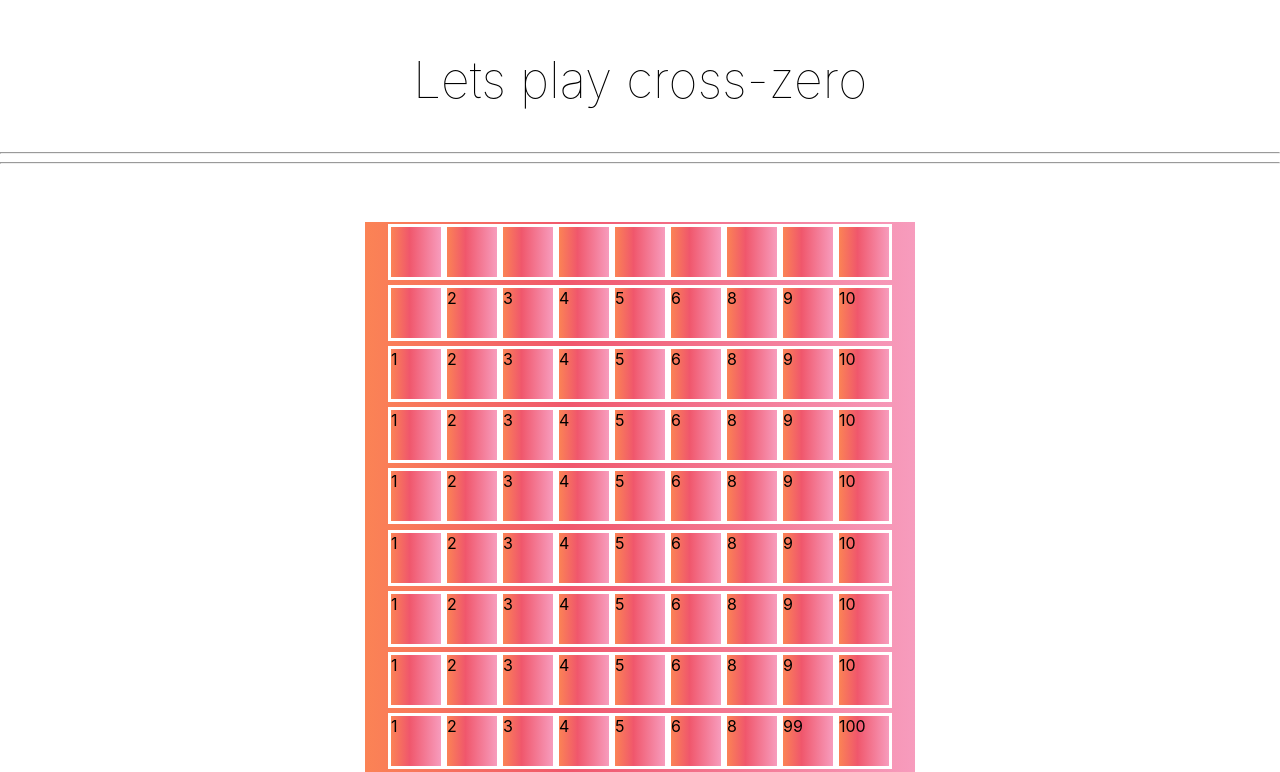
Repository: PGVlasov/cross-zero-game
Page: /
The author's editor kept a copy of each file at every save. The page is drawn from the files as they stood at one save, then again after the next save.
The browser window is 1280 px wide. The pictures show the whole page.
The project was rebuilt for these pictures with package versions that can differ from the ones it lists, and the page was loaded fresh each time. Also part of the build but not shown: webpack.config.js, src/Containers/Field/Field.module.css, src/Containers/Field/Field.js.

Above is the page before, as saved 2020-11-29 19:17:32.

### src/App.js
import Field from "./Containers/Field/Field";
import Field1 from "./Containers/Field/Field1";
import { Header } from "./Containers/Header/Header";

function App() {
  return (
    <div>
      <Header />
      <hr />
      <hr />
      <Field1 />
    </div>
  );
}

export default App;

### src/Containers/Field/Field1.js
import React from "react";
import classes from "./Field1.module.css";

class Field1 extends React.Component {
  constructor(props) {
    super(props);
    this.myRef = React.createRef();
    this.state = { state: { text: "" } };

    this.onSetValue = this.onSetValue.bind(this);
  }

  onSetValue(event) {
    this.setState((state) => ({
      state: { text: "X" },
    }));

    event.target.innerHTML = "X";

    console.log(event);
    console.log(event.target);
  }

  //   onSetZero() {}

  render() {
    return (
      <div className={classes.conteiner}>
        <div
          className={classes.area}
          ref={this.myRef}
          onClick={this.onSetValue}
        >
          <div className={classes.table}></div>
          <div className={classes.table}></div>
          <div className={classes.table}></div>
          <div className={classes.table}></div>
          <div className={classes.table}></div>
          <div className={classes.table}></div>
          <div className={classes.table}></div>
          <div className={classes.table}></div>
          <div className={classes.table}></div>
          <div className={classes.table}></div>
          <div className={classes.table}>2</div>
          <div className={classes.table}>3</div>
          <div className={classes.table}>4</div>
          <div className={classes.table}>5</div>
          <div className={classes.table}>6</div>
          <div className={classes.table}>8</div>
          <div className={classes.table}>9</div>
          <div className={classes.table}>10</div>
          <div className={classes.table}>1</div>
          <div className={classes.table}>2</div>
          <div className={classes.table}>3</div>
          <div className={classes.table}>4</div>
          <div className={classes.table}>5</div>
          <div className={classes.table}>6</div>
          <div className={classes.table}>8</div>
          <div className={classes.table}>9</div>
          <div className={classes.table}>10</div>
          <div className={classes.table}>1</div>
          <div className={classes.table}>2</div>
          <div className={classes.table}>3</div>
          <div className={classes.table}>4</div>
          <div className={classes.table}>5</div>
          <div className={classes.table}>6</div>
          <div className={classes.table}>8</div>
          <div className={classes.table}>9</div>
          <div className={classes.table}>10</div>
          <div className={classes.table}>1</div>
          <div className={classes.table}>2</div>
          <div className={classes.table}>3</div>
          <div className={classes.table}>4</div>
          <div className={classes.table}>5</div>
          <div className={classes.table}>6</div>
          <div className={classes.table}>8</div>
          <div className={classes.table}>9</div>
          <div className={classes.table}>10</div>
          <div className={classes.table}>1</div>
          <div className={classes.table}>2</div>
          <div className={classes.table}>3</div>
          <div className={classes.table}>4</div>
          <div className={classes.table}>5</div>
          <div className={classes.table}>6</div>
          <div className={classes.table}>8</div>
          <div className={classes.table}>9</div>
          <div className={classes.table}>10</div>
          <div className={classes.table}>1</div>
          <div className={classes.table}>2</div>
          <div className={classes.table}>3</div>
          <div className={classes.table}>4</div>
          <div className={classes.table}>5</div>
          <div className={classes.table}>6</div>
          <div className={classes.table}>8</div>
          <div className={classes.table}>9</div>
          <div className={classes.table}>10</div>
          <div className={classes.table}>1</div>
          <div className={classes.table}>2</div>
          <div className={classes.table}>3</div>
          <div className={classes.table}>4</div>
          <div className={classes.table}>5</div>
          <div className={classes.table}>6</div>
          <div className={classes.table}>8</div>
          <div className={classes.table}>9</div>
          <div className={classes.table}>10</div>
          <div className={classes.table}>1</div>
          <div className={classes.table}>2</div>
          <div className={classes.table}>3</div>
          <div className={classes.table}>4</div>
          <div className={classes.table}>5</div>
          <div className={classes.table}>6</div>
          <div className={classes.table}>8</div>
          <div className={classes.table}>99</div>
          <div className={classes.table}>100</div>
        </div>
      </div>
    );
  }
}

export default Field1;

### src/Containers/Header/Header.js
import classes from "./Header.module.css";
import React from "react";

export const Header = () => {
  return (
    <div>
      <h2 className={classes.Header}>Lets play cross-zero</h2>
    </div>
  );
};

### src/Containers/Field/Field1.module.css
.area {
  width: 550px;
  height: 550px;
  max-width: 550px;
  display: flex;
  justify-content: center;
  margin-top: 50px;
  font-size: 500;
  background: linear-gradient(90deg, #fb8355 0%, #f0576c 37%, #f79cbd 100%);
  align-items: center;
  flex-wrap: wrap;
}

.table {
  width: 50px;
  height: 50px;
  font-size: 500;
  border: white 3px solid;
  background: linear-gradient(90deg, #fb8355 0%, #f0576c 37%, #f79cbd 100%);
}

.conteiner {
  display: flex;
  justify-content: center;
}

.btn {
  font-size: 40px;
  color: whitesmoke;
}

### src/Containers/Header/Header.module.css
.Header {
  display: flex;
  justify-content: center;
  margin-top: 50px;
  font-size: 50px;
  font-weight: 100;
}

Loaded but not shown: public/index.html (common file); src/index.js (common file); src/index.css (common file); src/reportWebVitals.js (common file)

After the next save:
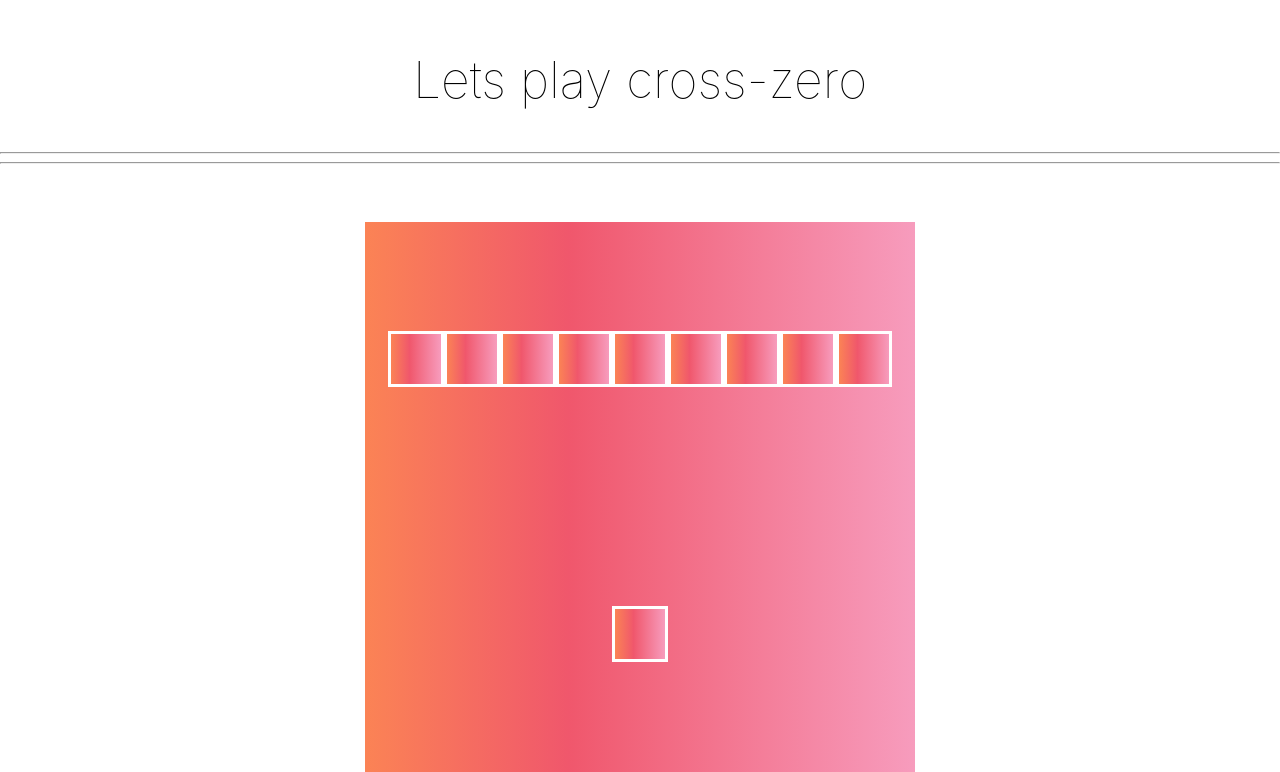
Saved 42 s later.
--- a/src/Containers/Field/Field1.js
+++ b/src/Containers/Field/Field1.js
@@ -41,77 +41,6 @@ class Field1 extends React.Component {
           <div className={classes.table}></div>
           <div className={classes.table}></div>
           <div className={classes.table}></div>
-          <div className={classes.table}>2</div>
-          <div className={classes.table}>3</div>
-          <div className={classes.table}>4</div>
-          <div className={classes.table}>5</div>
-          <div className={classes.table}>6</div>
-          <div className={classes.table}>8</div>
-          <div className={classes.table}>9</div>
-          <div className={classes.table}>10</div>
-          <div className={classes.table}>1</div>
-          <div className={classes.table}>2</div>
-          <div className={classes.table}>3</div>
-          <div className={classes.table}>4</div>
-          <div className={classes.table}>5</div>
-          <div className={classes.table}>6</div>
-          <div className={classes.table}>8</div>
-          <div className={classes.table}>9</div>
-          <div className={classes.table}>10</div>
-          <div className={classes.table}>1</div>
-          <div className={classes.table}>2</div>
-          <div className={classes.table}>3</div>
-          <div className={classes.table}>4</div>
-          <div className={classes.table}>5</div>
-          <div className={classes.table}>6</div>
-          <div className={classes.table}>8</div>
-          <div className={classes.table}>9</div>
-          <div className={classes.table}>10</div>
-          <div className={classes.table}>1</div>
-          <div className={classes.table}>2</div>
-          <div className={classes.table}>3</div>
-          <div className={classes.table}>4</div>
-          <div className={classes.table}>5</div>
-          <div className={classes.table}>6</div>
-          <div className={classes.table}>8</div>
-          <div className={classes.table}>9</div>
-          <div className={classes.table}>10</div>
-          <div className={classes.table}>1</div>
-          <div className={classes.table}>2</div>
-          <div className={classes.table}>3</div>
-          <div className={classes.table}>4</div>
-          <div className={classes.table}>5</div>
-          <div className={classes.table}>6</div>
-          <div className={classes.table}>8</div>
-          <div className={classes.table}>9</div>
-          <div className={classes.table}>10</div>
-          <div className={classes.table}>1</div>
-          <div className={classes.table}>2</div>
-          <div className={classes.table}>3</div>
-          <div className={classes.table}>4</div>
-          <div className={classes.table}>5</div>
-          <div className={classes.table}>6</div>
-          <div className={classes.table}>8</div>
-          <div className={classes.table}>9</div>
-          <div className={classes.table}>10</div>
-          <div className={classes.table}>1</div>
-          <div className={classes.table}>2</div>
-          <div className={classes.table}>3</div>
-          <div className={classes.table}>4</div>
-          <div className={classes.table}>5</div>
-          <div className={classes.table}>6</div>
-          <div className={classes.table}>8</div>
-          <div className={classes.table}>9</div>
-          <div className={classes.table}>10</div>
-          <div className={classes.table}>1</div>
-          <div className={classes.table}>2</div>
-          <div className={classes.table}>3</div>
-          <div className={classes.table}>4</div>
-          <div className={classes.table}>5</div>
-          <div className={classes.table}>6</div>
-          <div className={classes.table}>8</div>
-          <div className={classes.table}>99</div>
-          <div className={classes.table}>100</div>
         </div>
       </div>
     );
